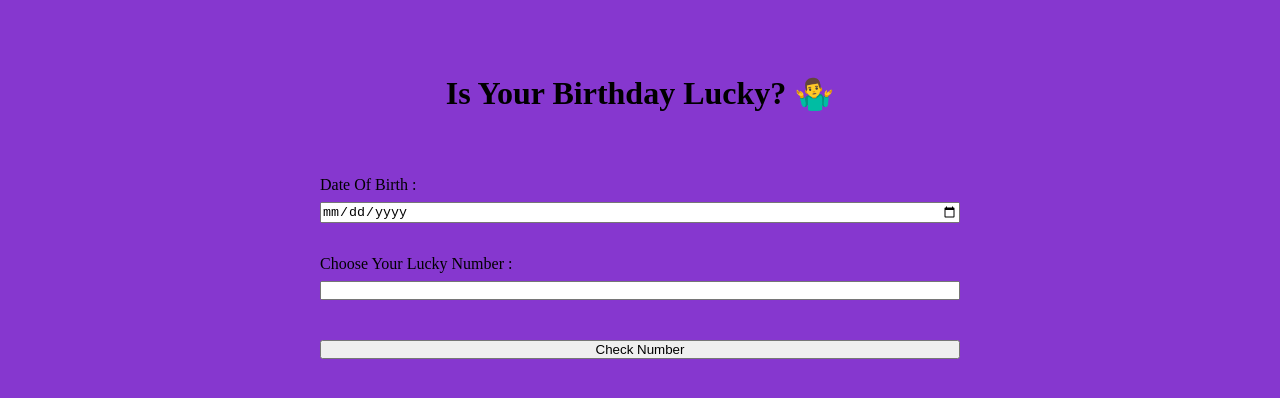
Repository: patelamancode/Lucky-Birthday-App
Page: index.html
These files come from the project's save history. The page is drawn as it stood at one moment and after the next save; the edit follows.
The browser window is 1280 px wide. The pictures show the whole page.

Above is the page before, as saved 2022-11-21 17:13:56.

### index.html
<!DOCTYPE html>
<html lang="en">
<head>
    <meta charset="UTF-8">
    <meta http-equiv="X-UA-Compatible" content="IE=edge">
    <meta name="viewport" content="width=device-width, initial-scale=1.0">
    <link rel="stylesheet" href="index.css">
    <title>Is your birthday lucky</title>
</head>
<body>
    <div id="main-container">
        <h1 class="app-title">Is Your Birthday Lucky? 🤷‍♂️</h1>
        <label for="date-of-birth" class="dob">Date Of Birth :</label>
        <input type="date" class="selected-dob">
        <label for="lucky-number" class="favourite-number">Choose Your Lucky Number :</label>
        <input type="number" class="user-number">
        <button id="check-btn">Check Number</button>
    </div>

</body>
</html>

### index.css
*{
    margin: 0;
    padding: 0;
}
 body{
    background-color: rgb(134, 55, 207);
 }

 #main-container {
    display: flex;
    flex-direction: column;
    width: 50vw;
    margin: auto;
    margin-top: 2rem;
    padding: 10px;
    text-align: center;
 }

 .app-title{
    margin: 2rem;
 }
 label{
    width: auto;
    text-align: left;
    margin-top: 2rem;
    margin-bottom: 0.5rem;
 }
 /* input{
    -webkit-appearance: none;
    box-shadow: none !important;
 } */
 button{
    margin-top: 2.5rem;
    border-radius: 2px solid black;
 }

After the next save:
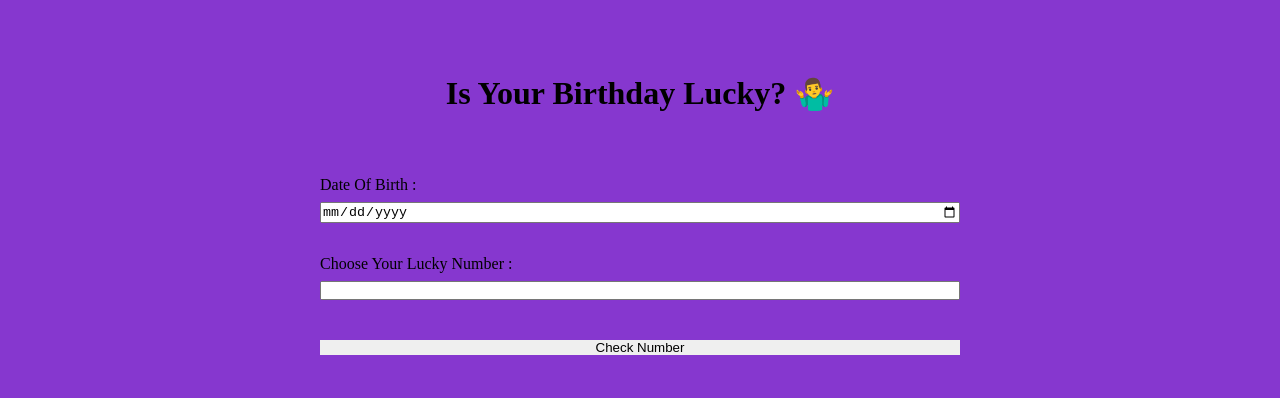
Saved 27 s later.
--- a/index.css
+++ b/index.css
@@ -31,5 +31,6 @@
  } */
  button{
     margin-top: 2.5rem;
+    border: 2px;
     border-radius: 2px solid black;
  }

After the 2 saves that followed:
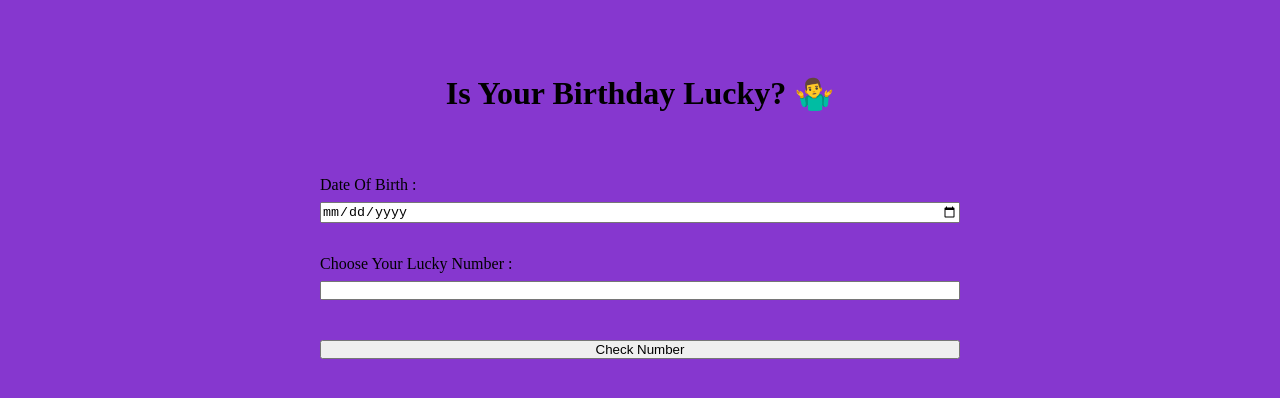
The 2 saves are shown as one change because 1 left the picture as it was.
The last was saved 16 s later.
--- a/index.css
+++ b/index.css
@@ -31,6 +31,5 @@
  } */
  button{
     margin-top: 2.5rem;
-    border: 2px;
     border-radius: 2px solid black;
  }
